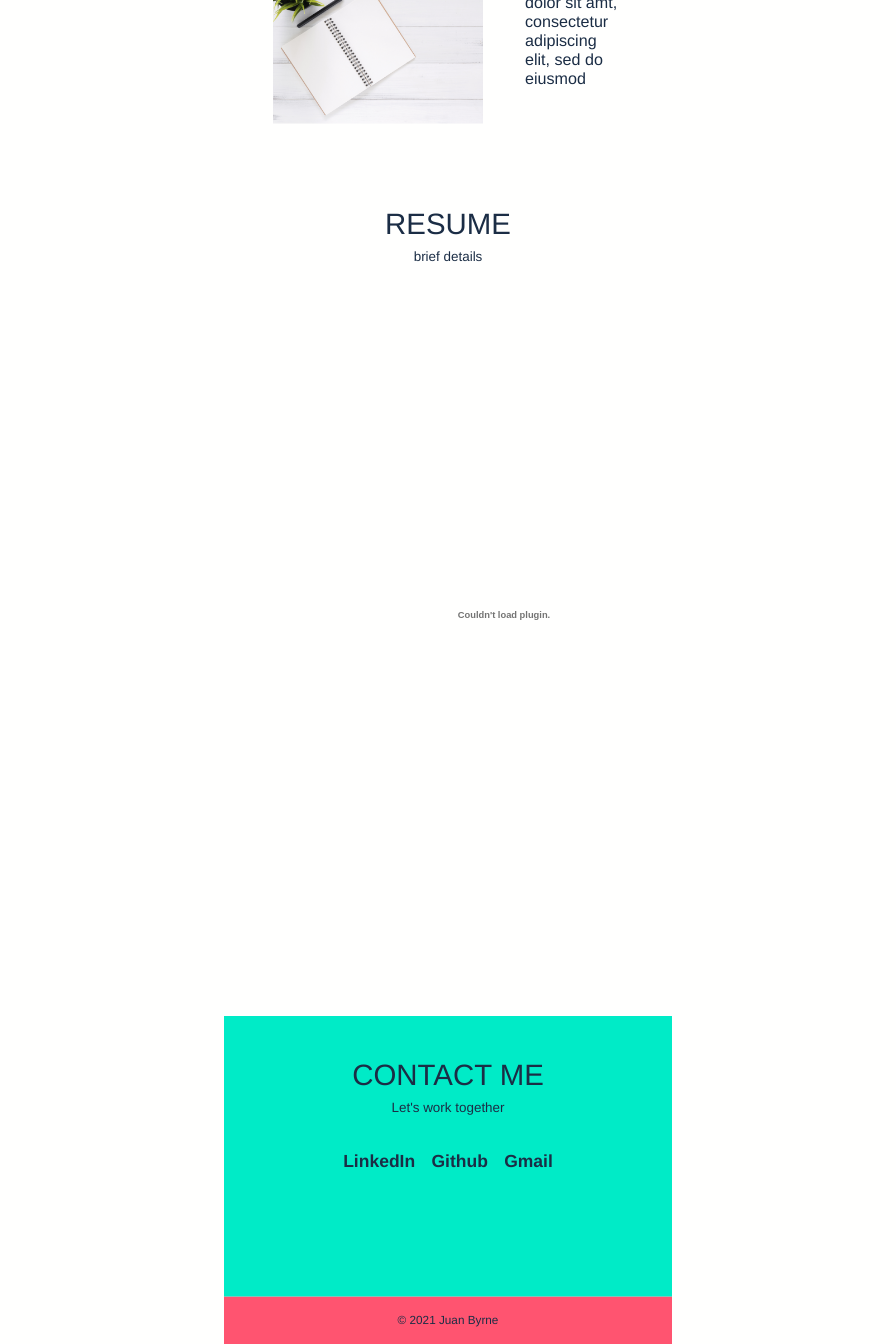
Repository: jb150524/JB-Portfolio
Page: index.html
These files come from the project's save history. The page is drawn as it stood at one moment and after the next save; the edit follows.
The browser window is 1280 px wide. The pictures show the part of the page from y = 3259 to 5179 px (the page is 5179 px tall before and 5129 px after), at 70% of full size.
Some icons come from a web library that is not loaded, so they are not drawn.

Above is the page before, as saved 2021-07-24 21:58:03.

After the next save:
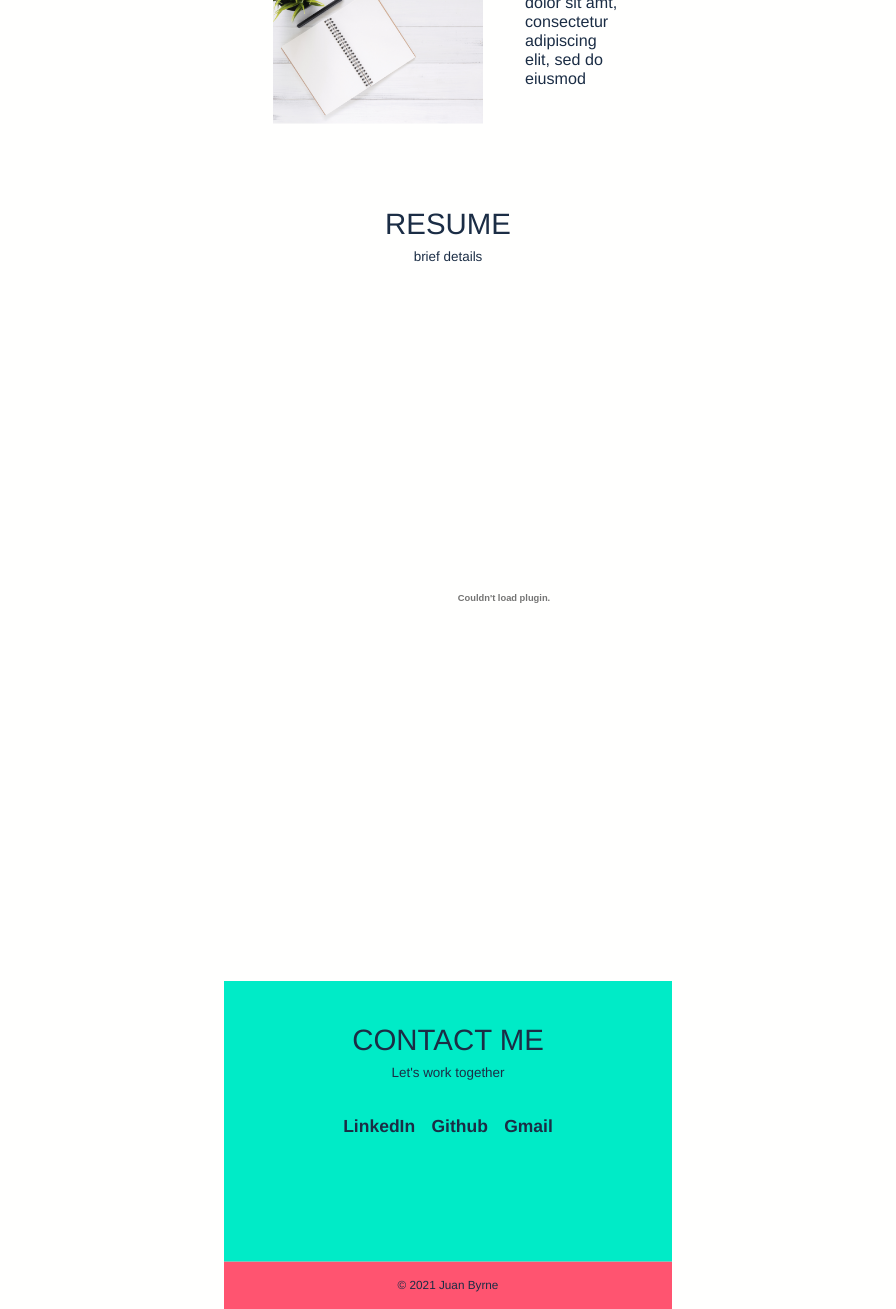
Saved 15 s later.
--- a/index.html
+++ b/index.html
@@ -139,7 +139,7 @@
         <div class="section-heading">
         <h1>Resume</h1>
         <h6>brief details</h6>
-        <embed src="images/JByrne Resume 2021 FINAL 2.pdf" width="800px" height="900px" />
+        <embed src="images/JByrne Resume 2021 FINAL 2.pdf" width="800px" height="850px" />
       </div>
 
     <section class="contact" id="contact">
